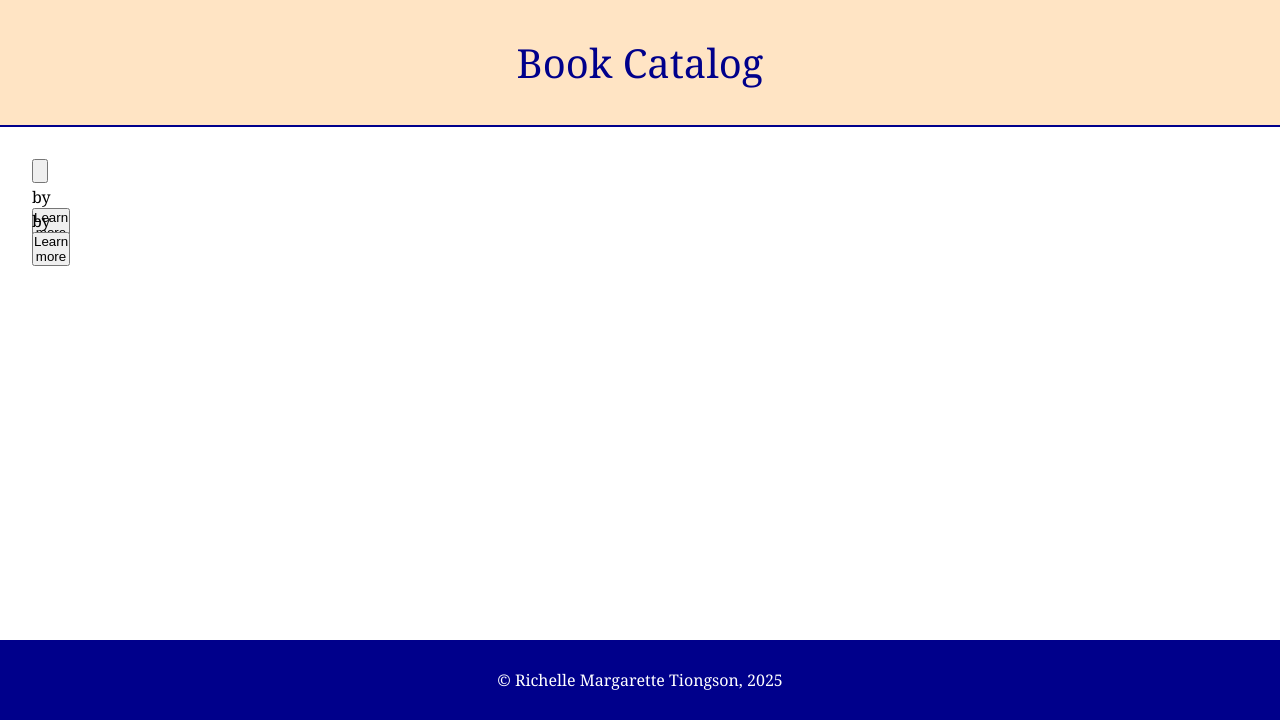
Repository: richelletiongson/comp3170_lab01
Page: /
An editor plug-in stored every save of this project. The page is shown before and after the next save, followed by the edit.
The browser window is 1280 px wide. The pictures show the whole page.
The project was rebuilt for these pictures with package versions that can differ from the ones it lists, and the page was loaded fresh each time. Also part of the build but not shown: vite.config.js.

Above is the page before, as saved 2025-09-13 23:58:37.

After the next save:
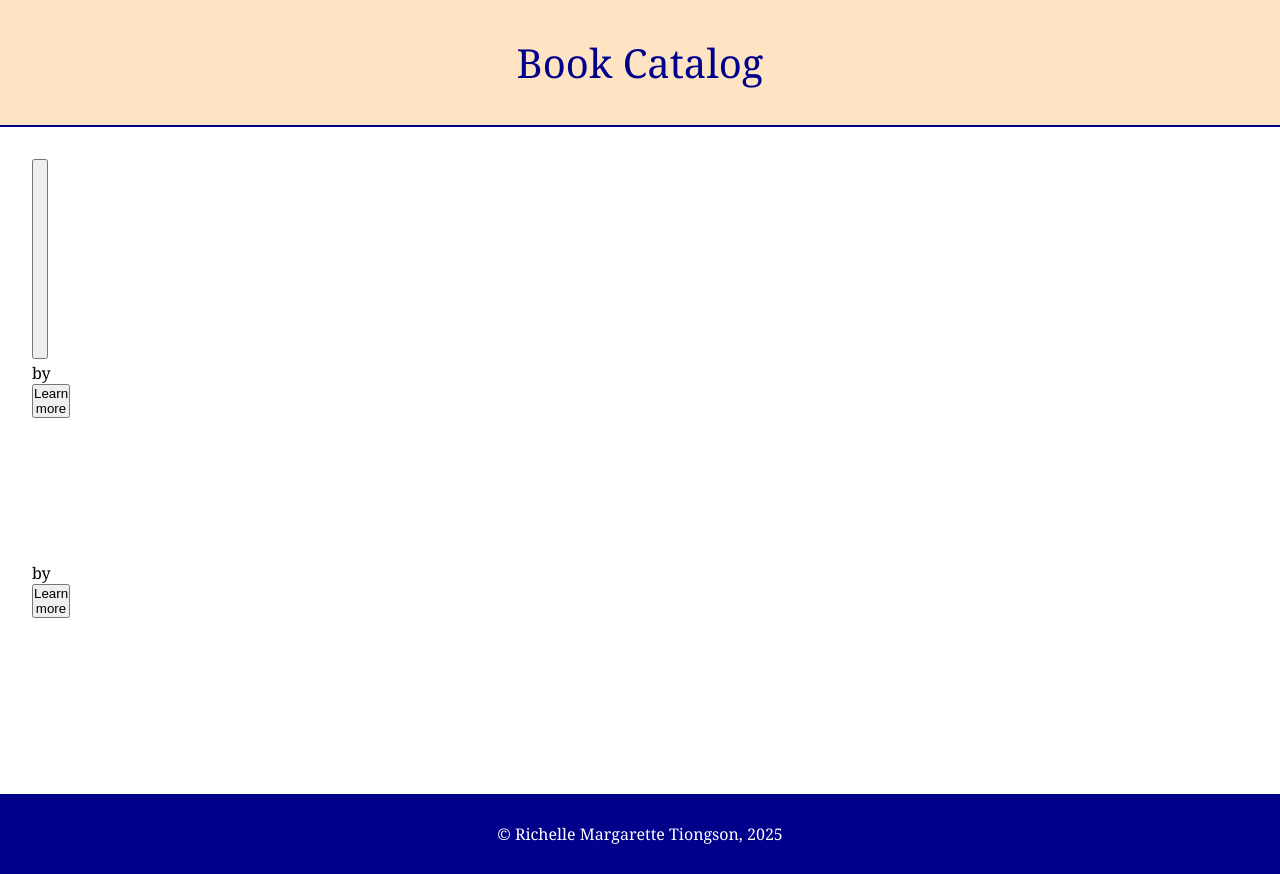
Saved 53 s later.
--- a/src/index.css
+++ b/src/index.css
@@ -34,12 +34,12 @@ body {
 }
 
 .book {
-  height:1.5rem;
+  height:200px;
   width:1rem;
 }
 
 .new {
-  height:1.5rem;
+  height:200px;
   width:1rem;
 }
 
